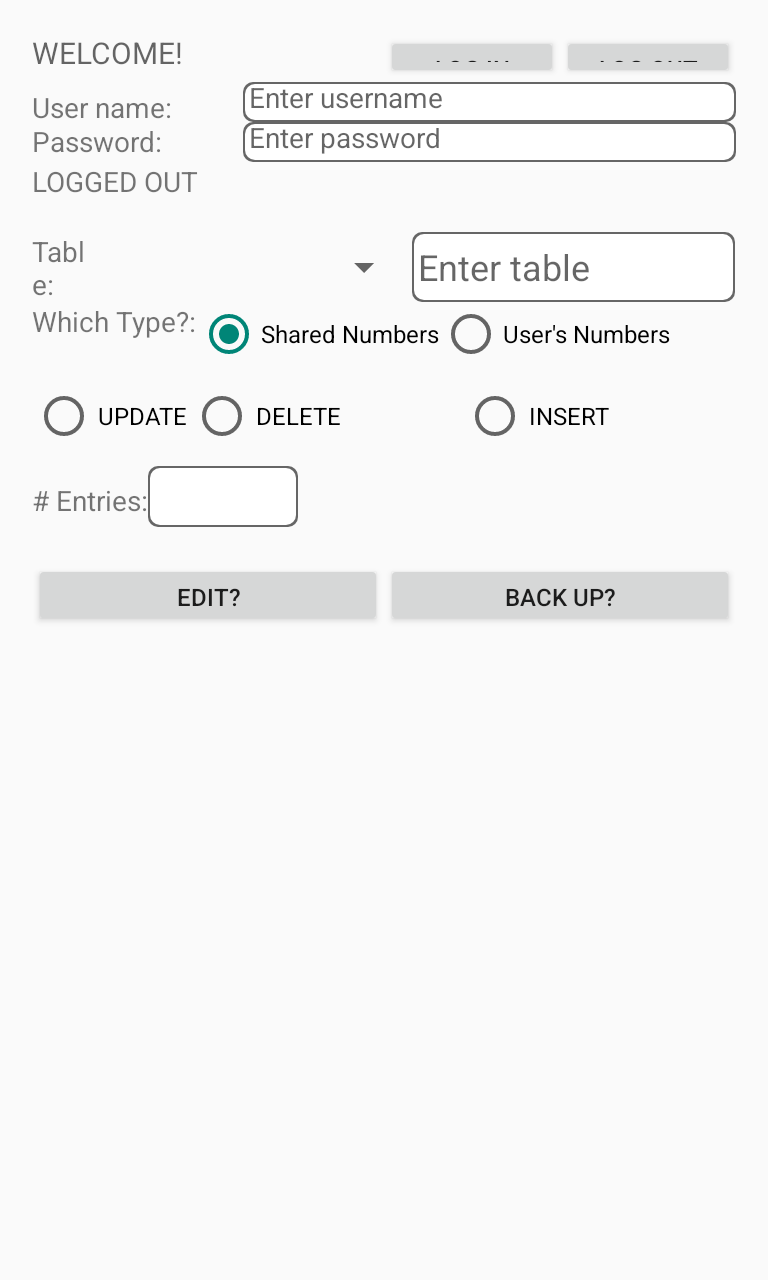
Repository: kharryman/LFQ_APP
Layout: LearnFactsQuick/res/layout/edit_numbers.xml
The author's editor kept a copy of each file at every save. The layout is drawn from the files as they stood at one save, then again after the next save.
It is drawn on a 768 x 1280 px phone screen (xhdpi) without system bars, with theme AppTheme; the app's code is not run.

Above is the layout before, as saved 2018-03-26 01:54:54.

### LearnFactsQuick/res/layout/edit_numbers.xml
<LinearLayout xmlns:tools="http://schemas.android.com/tools"
    xmlns:android="http://schemas.android.com/apk/res/android"
    android:id="@+id/edit_numbers_layout"
    android:layout_width="match_parent"
    android:layout_height="wrap_content"
    android:orientation="vertical"
    android:paddingBottom="@dimen/activity_vertical_margin"
    android:paddingLeft="@dimen/activity_horizontal_margin"
    android:paddingRight="@dimen/activity_horizontal_margin"
    android:paddingTop="@dimen/activity_vertical_margin"
    tools:context="com.lfq.learnfactsquick.SecondLfqActivity"
    tools:ignore="TextFields" >

    <LinearLayout
        android:layout_width="match_parent"
        android:layout_height="wrap_content"
        android:orientation="vertical" >

        <LinearLayout
            android:id="@+id/edit_numbers_top_layout"
            android:layout_width="match_parent"
            android:layout_height="wrap_content"
            android:orientation="vertical" >

            <LinearLayout
                android:layout_width="match_parent"
                android:layout_height="50px"
                android:orientation="horizontal" >

                <TextView
                    android:id="@+id/prompt_edit_numbers"
                    android:layout_width="0dp"
                    android:layout_height="match_parent"
                    android:layout_weight="0.50"
                    android:text="WELCOME!"
                    android:textAppearance="?android:attr/textAppearanceMedium"
                    android:textSize="15sp" />

                <Button
                    android:id="@+id/do_login_edit_numbers"
                    android:layout_width="0dp"
                    android:layout_height="match_parent"
                    android:layout_weight="0.25"
                    android:text="LOG IN"
                    android:textSize="12sp" >
                </Button>

                <Button
                    android:id="@+id/do_logout_edit_numbers"
                    android:layout_width="0dp"
                    android:layout_height="match_parent"
                    android:layout_weight="0.25"
                    android:text="LOG OUT"
                    android:textSize="12sp" >
                </Button>
            </LinearLayout>

            <LinearLayout
                android:layout_width="match_parent"
                android:layout_height="wrap_content"
                android:orientation="horizontal" >

                <TextView
                    android:id="@+id/prompt_edit_numbers_username"
                    android:layout_width="0dp"
                    android:layout_height="40px"
                    android:layout_weight="0.3"
                    android:text="User name:"
                    android:textSize="14dp" >
                </TextView>

                <EditText
                    android:id="@+id/edit_numbers_username"
                    android:layout_width="0dp"
                    android:layout_height="match_parent"
                    android:layout_weight="0.7"
                    android:background="@drawable/rounded_edittext"
                    android:hint="Enter username"
                    android:inputType="textMultiLine"
                    android:maxLines="1"
                    android:textSize="14dp" >
                </EditText>
            </LinearLayout>

            <LinearLayout
                android:layout_width="match_parent"
                android:layout_height="40px"
                android:orientation="horizontal" >

                <TextView
                    android:id="@+id/prompt_edit_numbers_password"
                    android:layout_width="0dp"
                    android:layout_height="match_parent"
                    android:layout_weight="0.3"
                    android:text="Password:"
                    android:textSize="14dp" >
                </TextView>

                <EditText
                    android:id="@+id/edit_numbers_password"
                    android:layout_width="0dp"
                    android:layout_height="match_parent"
                    android:layout_weight="0.7"
                    android:background="@drawable/rounded_edittext"
                    android:hint="Enter password"
                    android:inputType="textMultiLine"
                    android:maxLines="1"
                    android:password="true"
                    android:textSize="14dp" >
                </EditText>
            </LinearLayout>

            <LinearLayout
                android:id="@+id/edit_numbers_prompt_table_login_layout"
                android:layout_width="match_parent"
                android:layout_height="70px"
                android:orientation="horizontal" >

                <TextView
                    android:id="@+id/edit_numbers_login_status"
                    android:layout_width="0dp"
                    android:layout_height="wrap_content"
                    android:layout_weight="0.90"
                    android:text="LOGGED OUT" >
                </TextView>
            </LinearLayout>

            <LinearLayout
                android:id="@+id/edit_numbers_select_table_layout"
                android:layout_width="match_parent"
                android:layout_height="70px"
                android:orientation="horizontal" >

                <TextView
                    android:id="@+id/prompt_select_numbers_table"
                    android:layout_width="0dp"
                    android:layout_height="match_parent"
                    android:layout_weight="0.15"
                    android:text="Table:" />

                <Spinner
                    android:id="@+id/select_edit_numbers_title"
                    android:layout_width="0dp"
                    android:layout_height="match_parent"
                    android:layout_weight="0.85" />

                <EditText
                    android:id="@+id/input_numbers_table"
                    android:layout_width="0dp"
                    android:layout_height="match_parent"
                    android:layout_weight="0.85"
                    android:background="@drawable/rounded_edittext"
                    android:hint="Enter table"
                    android:inputType="textMultiLine"
                    android:maxLines="2" />
            </LinearLayout>

            <LinearLayout
                android:id="@+id/edit_numbers_choose_layout"
                android:layout_width="match_parent"
                android:layout_height="wrap_content"
                android:orientation="horizontal" >

                <TextView
                    android:id="@+id/prompt_choose_numbers_type"
                    android:layout_width="wrap_content"
                    android:layout_height="wrap_content"
                    android:text="Which Type?:" >
                </TextView>

                <RadioGroup
                    android:id="@+id/edit_numbers_choices"
                    android:layout_width="wrap_content"
                    android:layout_height="wrap_content"
                    android:orientation="horizontal" >

                    <RadioButton
                        android:id="@+id/check_edit_shared_numbers"
                        android:layout_weight="1"
                        android:checked="true"
                        android:text="Shared Numbers"
                        android:textSize="12sp" >
                    </RadioButton>

                    <RadioButton
                        android:id="@+id/check_edit_user_numbers"
                        android:layout_weight="1"
                        android:text="User&apos;s Numbers"
                        android:textSize="12sp" >
                    </RadioButton>
                </RadioGroup>
            </LinearLayout>

            <RadioGroup
                android:id="@+id/numbers_buttons"
                android:layout_width="match_parent"
                android:layout_height="100px"
                android:orientation="horizontal" >

                <RadioButton
                    android:id="@+id/check_update_numbers"
                    android:layout_height="wrap_content"
                    android:padding="1dp"
                    android:text="UPDATE"
                    android:textSize="12sp" >
                </RadioButton>

                <RadioButton
                    android:id="@+id/check_delete_numbers"
                    android:layout_width="0dp"
                    android:layout_height="match_parent"
                    android:layout_weight="0.33"
                    android:padding="1dp"
                    android:text="DELETE"
                    android:textSize="12sp" >
                </RadioButton>

                <RadioButton
                    android:id="@+id/check_insert_numbers"
                    android:layout_width="0dp"
                    android:layout_height="match_parent"
                    android:layout_weight="0.33"
                    android:padding="1dp"
                    android:text="INSERT"
                    android:textSize="12sp" >
                </RadioButton>
            </RadioGroup>

            <LinearLayout
                android:id="@+id/edit_numbers_number_entries_layout"
                android:layout_width="match_parent"
                android:layout_height="wrap_content"
                android:orientation="horizontal" >

                <TextView
                    android:id="@+id/prompt_number_numbers_entries"
                    android:layout_width="wrap_content"
                    android:layout_height="wrap_content"
                    android:text="# Entries:" >
                </TextView>

                <EditText
                    android:id="@+id/input_number_numbers_entries"
                    android:layout_width="75sp"
                    android:layout_height="wrap_content"
                    android:background="@drawable/rounded_edittext"
                    android:inputType="number"
                    android:maxLength="3" >
                </EditText>
            </LinearLayout>
        </LinearLayout>

        <TextView
            android:id="@+id/edit_numbers_results"
            android:layout_width="wrap_content"
            android:layout_height="wrap_content"
            android:textSize="12sp" >
        </TextView>

        <LinearLayout
            android:id="@+id/edit_numbers_fullscreen_layout"
            android:layout_width="match_parent"
            android:layout_height="70px"
            android:orientation="horizontal" >

            <Button
                android:id="@+id/do_edit_numbers_table"
                android:layout_width="0dp"
                android:layout_height="wrap_content"
                android:layout_weight="0.5"
                android:text="EDIT?"
                android:textSize="12sp" />

            <Button
                android:id="@+id/do_edit_numbers_backup"
                android:layout_width="0dp"
                android:layout_height="wrap_content"
                android:layout_weight="0.5"
                android:text="BACK UP?"
                android:textSize="12sp" />
        </LinearLayout>

        <ScrollView
            android:layout_width="match_parent"
            android:layout_height="match_parent" >

            <RelativeLayout
                android:id="@+id/numbers_mnemonic_entries_complete_layout"
                android:layout_width="match_parent"
                android:layout_height="wrap_content" >
                <RelativeLayout
                    android:id="@+id/numbers_mnemonic_entries_layout"
                    android:layout_width="match_parent"
                    android:layout_height="wrap_content" >
                </RelativeLayout>
            </RelativeLayout>
        </ScrollView>
    </LinearLayout>

</LinearLayout>

### LearnFactsQuick/res/drawable/rounded_edittext.xml
<?xml version="1.0" encoding="utf-8"?>
<layer-list xmlns:android="http://schemas.android.com/apk/res/android" >

    <item>
<shape xmlns:android="http://schemas.android.com/apk/res/android"
android:shape="rectangle">
 <solid android:color="#666666" />
 <padding
        android:bottom="1dp"
        android:left="1dp"
        android:right="1dp"
        android:top="1dp"
    />
 <corners
     android:bottomRightRadius="5dp"
     android:bottomLeftRadius="5dp"
  android:topLeftRadius="5dp"
  android:topRightRadius="5dp"/>
</shape>
</item>

    <item>
<shape xmlns:android="http://schemas.android.com/apk/res/android"
android:shape="rectangle">
 <solid android:color="#FFFFFF"/>
     <padding
        android:bottom="2dp"
        android:left="2dp"
        android:right="2dp"
        android:top="2dp"
    />
    <corners
     android:bottomRightRadius="5dp"
     android:bottomLeftRadius="5dp"
  android:topLeftRadius="5dp"
  android:topRightRadius="5dp"/>
</shape>
</item>


</layer-list>

Loaded but not shown: LearnFactsQuick/res/values/styles.xml (common file); LearnFactsQuick/res/values-v11/styles.xml (common file); LearnFactsQuick/res/values-v14/styles.xml (common file); LearnFactsQuick/res/values/dimens.xml (common file); LearnFactsQuick/res/values-w820dp/dimens.xml (common file)

After the next save:
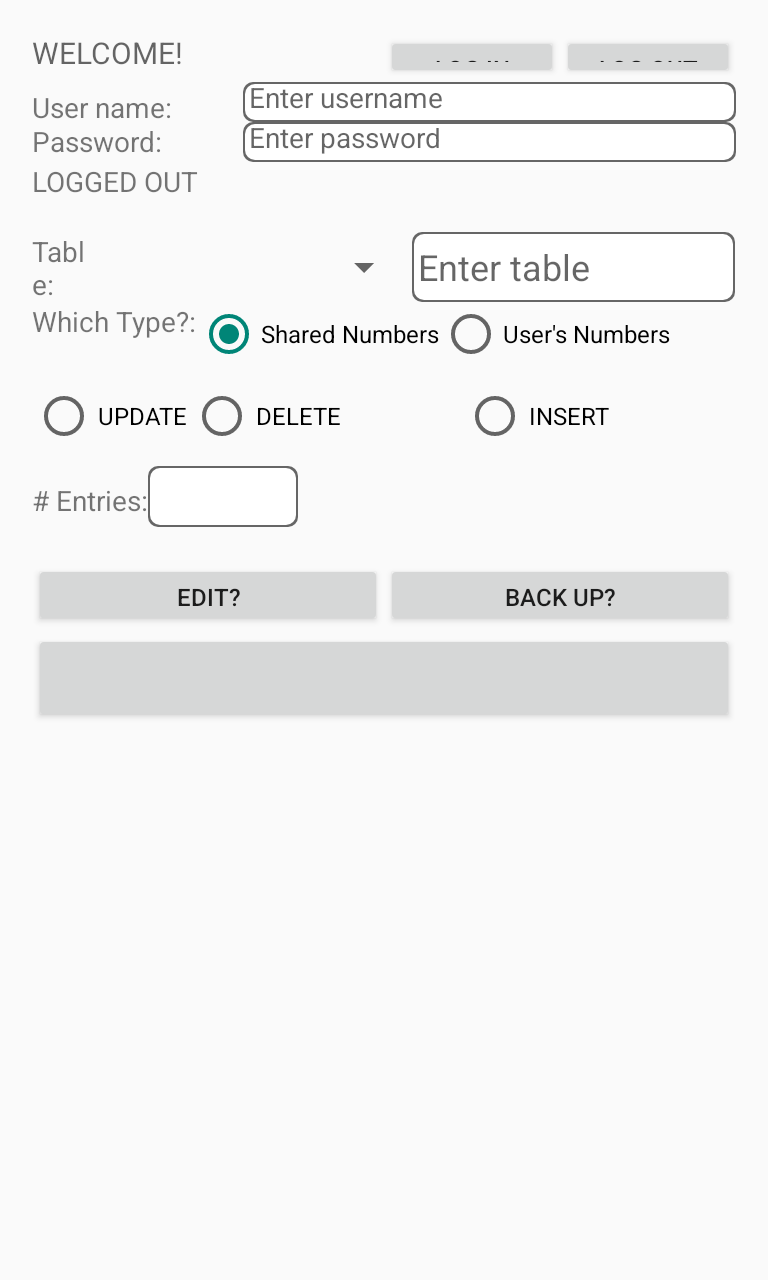
Saved 81 s later.
--- a/LearnFactsQuick/res/layout/edit_numbers.xml
+++ b/LearnFactsQuick/res/layout/edit_numbers.xml
@@ -293,6 +293,12 @@
                     android:layout_width="match_parent"
                     android:layout_height="wrap_content" >
                 </RelativeLayout>
+                <Button
+                    android:id="@+id/edit_numbers_add_after"
+                    android:layout_width="match_parent"
+                    android:layout_below="@+id/numbers_mnemonic_entries_layout"
+                    android:layout_height="wrap_content" >
+                </Button>
             </RelativeLayout>
         </ScrollView>
     </LinearLayout>
